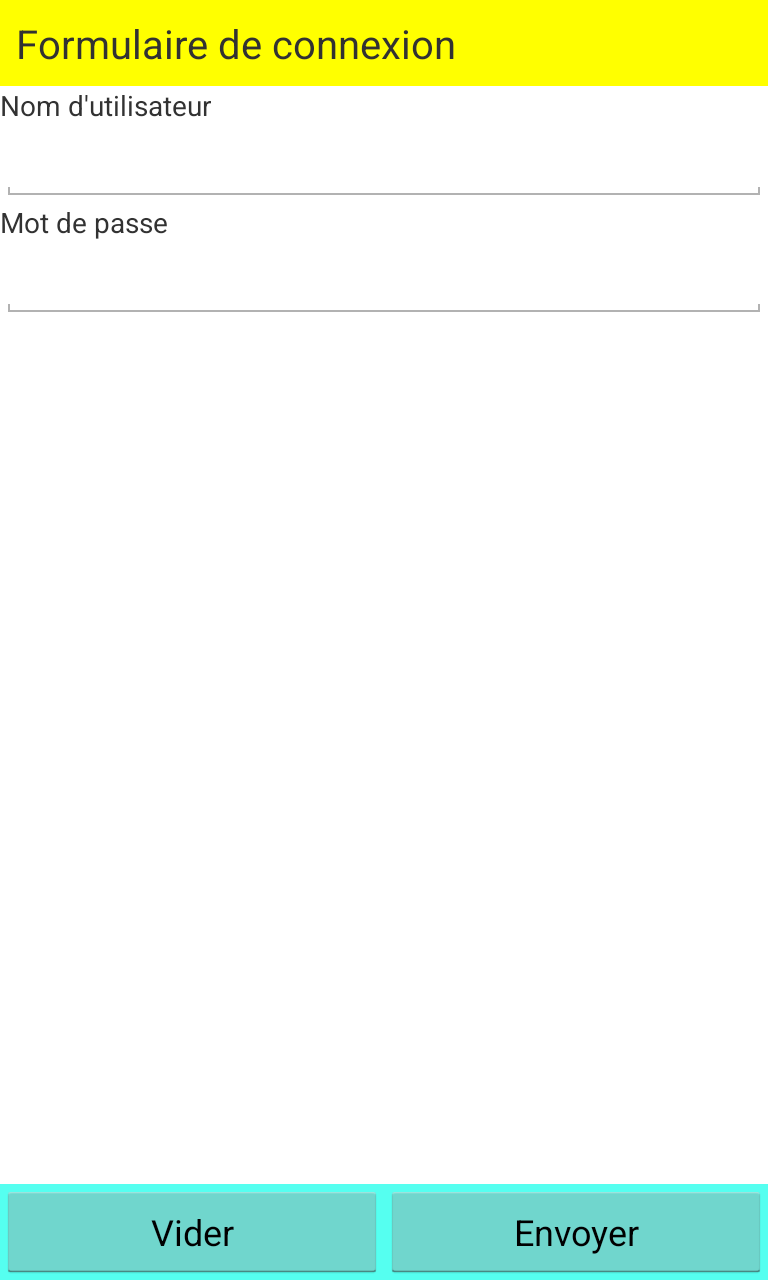
Repository: ablanchard/formation-android
Layout: ParlezVousAndroid/res/layout/activity_main.xml
An editor plug-in stored every save of this project. The layout is shown before and after the next save, followed by the edit.
It is drawn on a 768 x 1280 px phone screen (xhdpi) without system bars, with theme AppTheme; the app's code is not run.

Above is the layout before, as saved 2014-04-29 12:43:10.

After the next save:
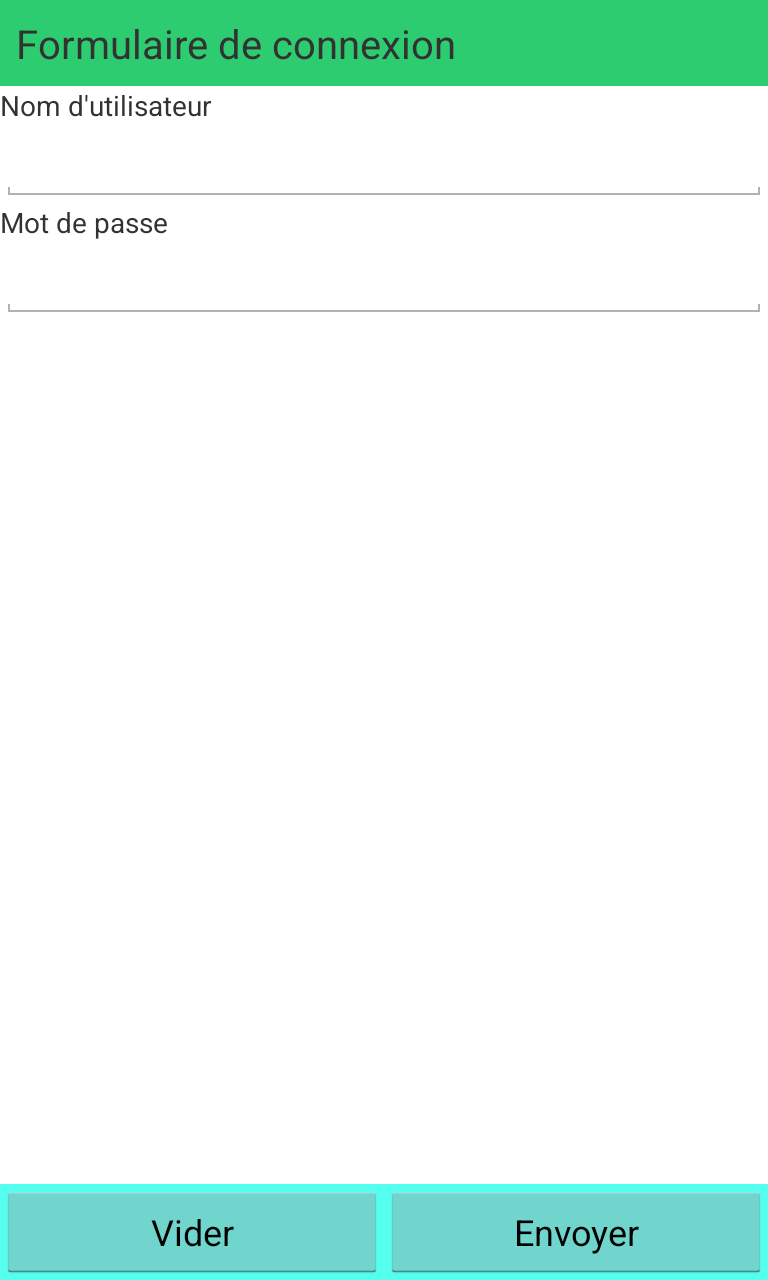
Saved 95 s later.
--- a/ParlezVousAndroid/res/layout/activity_main.xml
+++ b/ParlezVousAndroid/res/layout/activity_main.xml
@@ -8,7 +8,7 @@
 
 
        <TextView
-            android:background="#FFFFFF00"
+            android:background="#FF2ECC71"
             android:id="@+id/header"
             android:layout_alignParentTop="true"
             android:layout_width="match_parent"
@@ -58,7 +58,7 @@
                 android:layout_width="wrap_content"
                 android:layout_height="wrap_content"
                 android:text="Remplissez tous les champs !"
-                android:textColor="#FFFFFF00"
+                android:textColor="#FF19B5FE"
                 android:visibility="gone"
                 android:id="@+id/warning"
                 />
